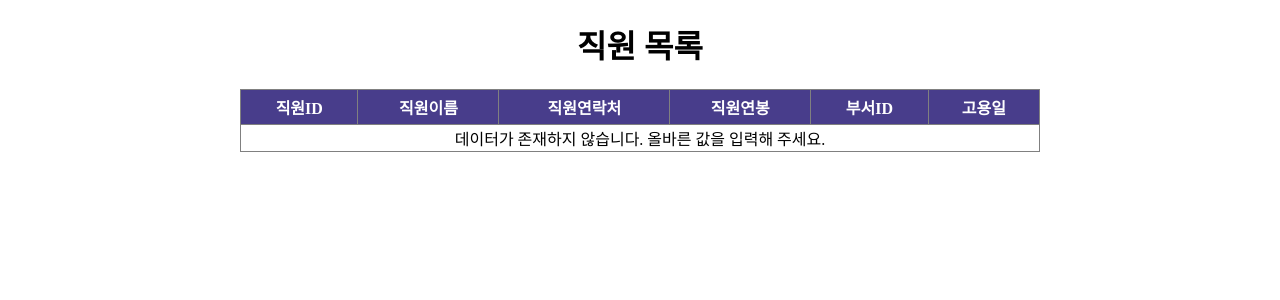
Repository: jongmin0919/soldesk_project
Page: http://localhost/chapter16_search/searchOne.jsp
These files come from the project's save history. The page is drawn as it stood at one moment and after the next save; the edit follows.
The browser window is 1280 px wide. The pictures show the whole page.
The page is served by Tomcat 9. The template is opened directly, without the code that normally fills it, so the values that code supplies are empty.

Above is the page before, as saved 2024-08-15 10:55:15.

After the next save:
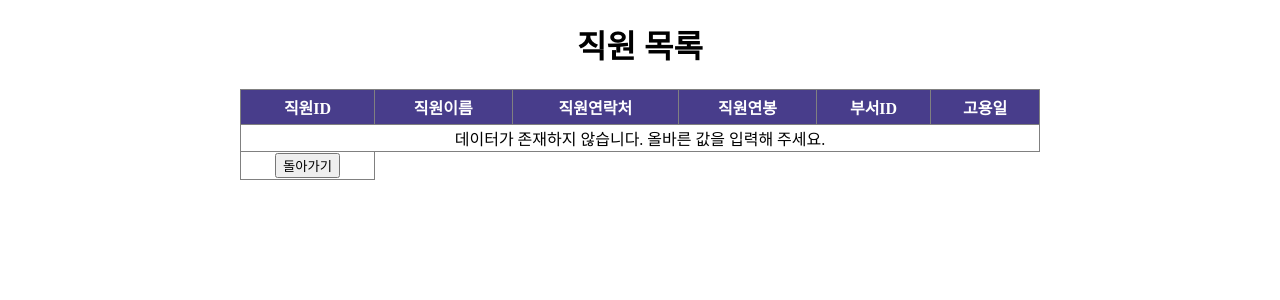
Saved 64 s later.
--- a/searching_project/chapter16_search/WebContent/searchOne.jsp
+++ b/searching_project/chapter16_search/WebContent/searchOne.jsp
@@ -33,6 +33,7 @@
     <div>
     	<!-- 동적으로 전달 받은 한 명의 개인 정보를 출력하는 페이지 -->
         <h1>${person.first_name} ${person.last_name} 직원 목록</h1>
+
         <table>
             <thead>
                 <tr>
@@ -64,8 +65,12 @@
                         </tr>
                     </c:otherwise>
                 </c:choose>
+                <tr>
+                	<td><button>돌아가기</button></td>
+                </tr>
             </tbody>
         </table>
+
     </div>
 </body>
 </html>

After the save that followed:
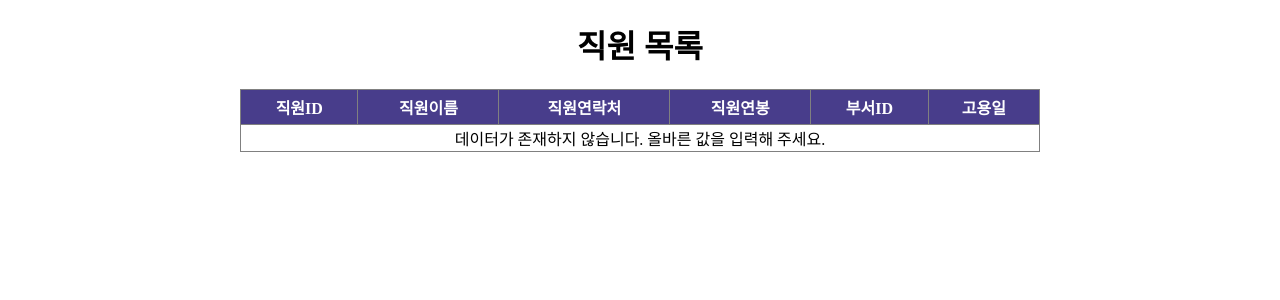
Saved 16 s later.
--- a/searching_project/chapter16_search/WebContent/searchOne.jsp
+++ b/searching_project/chapter16_search/WebContent/searchOne.jsp
@@ -65,9 +65,6 @@
                         </tr>
                     </c:otherwise>
                 </c:choose>
-                <tr>
-                	<td><button>돌아가기</button></td>
-                </tr>
             </tbody>
         </table>
 
